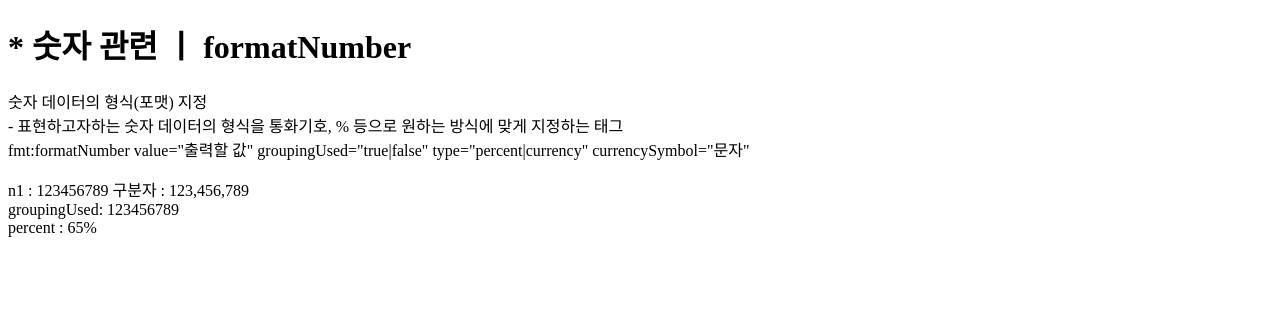
Repository: yoonseo0832/workspace
Page: http://localhost/2_jsp/views/4_CustomAction/3_fmt.jsp
The author's editor kept a copy of each file at every save. The page is drawn from the files as they stood at one save, then again after a run of saves.
The browser window is 1280 px wide. The pictures show the whole page.
The page is served by Tomcat 9.

Above is the page before, as saved 2025-03-21 06:47:26.

After the next 3 saves:
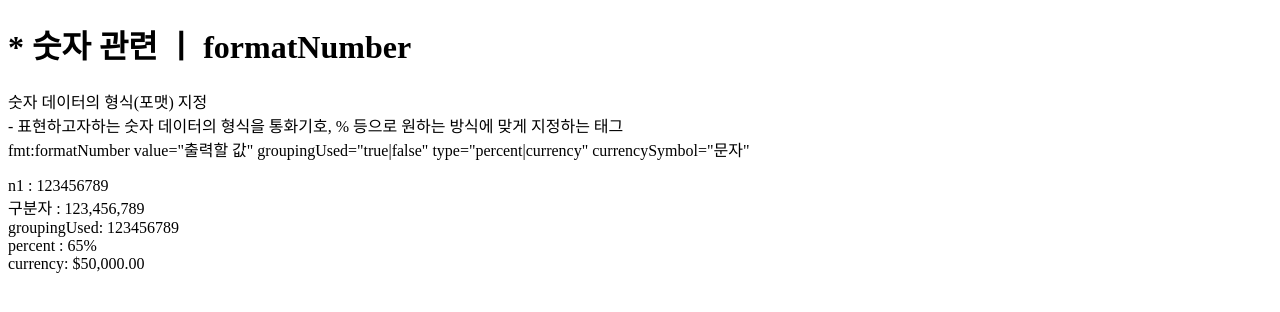
The 3 saves are shown as one change because 2 did not build or start.
The last was saved 89 s later.
--- a/05_server/2_jsp/src/main/webapp/views/4_CustomAction/3_fmt.jsp
+++ b/05_server/2_jsp/src/main/webapp/views/4_CustomAction/3_fmt.jsp
@@ -24,10 +24,13 @@
 	<c:set var="n3" value="50000" />
 
 	n1 : ${ n1 }
+	<br>
 	구분자 : <fmt:formatNumber value="${n1 }" />
 	<br>
 	groupingUsed: <fmt:formatNumber value="${n1 }" groupingUsed="false"/>
 	<br>
 	percent : <fmt:formatNumber value="${n2 }" type="percent"/>
+	<br>
+	currency: <fmt:formatNumber value="${n3 }" type="currency" currencySymbol="$"/>
 </body>
 </html>
